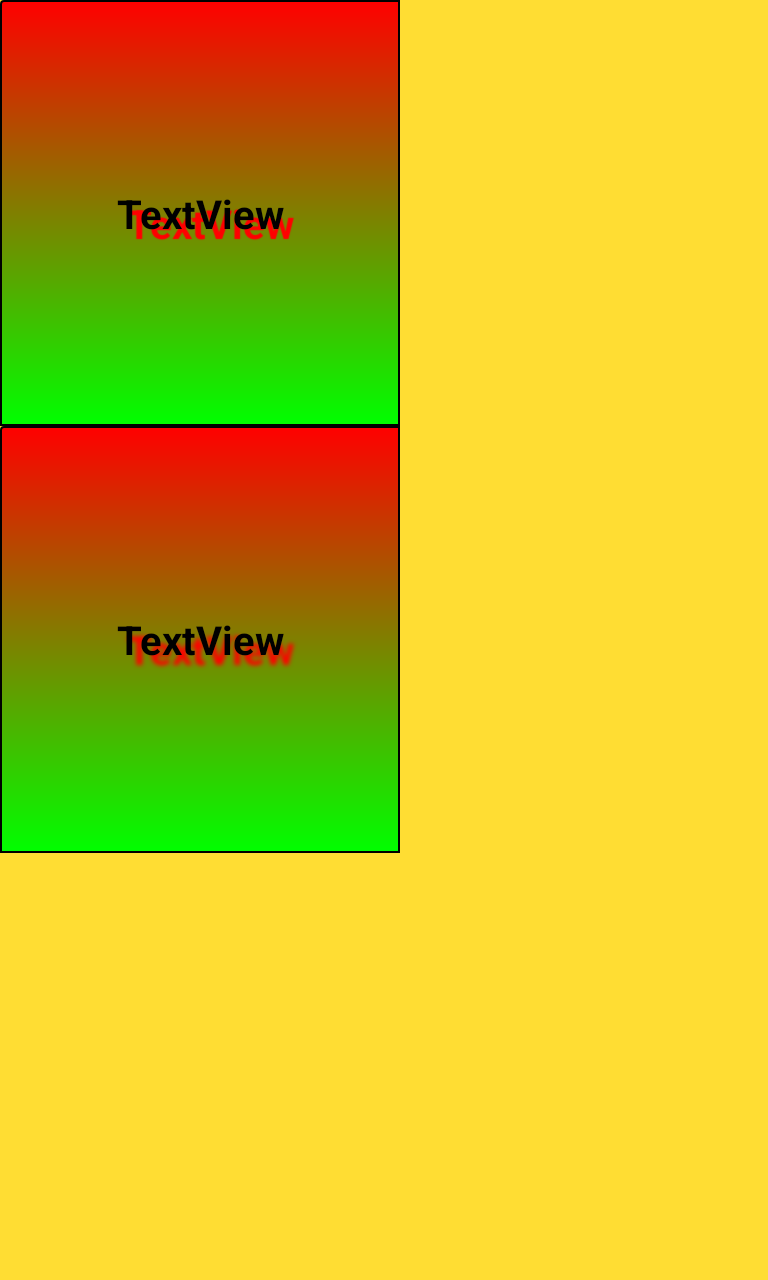
Repository: yhtaphp/yhtqgit
Layout: android/TextView/res/layout/activity_main.xml
An editor plug-in stored every save of this project. The layout is shown before and after the next save, followed by the edit.
It is drawn on a 768 x 1280 px phone screen (xhdpi) without system bars, with theme AppTheme; the app's code is not run.

Above is the layout before, as saved 2016-09-11 13:36:13.

After the next save:
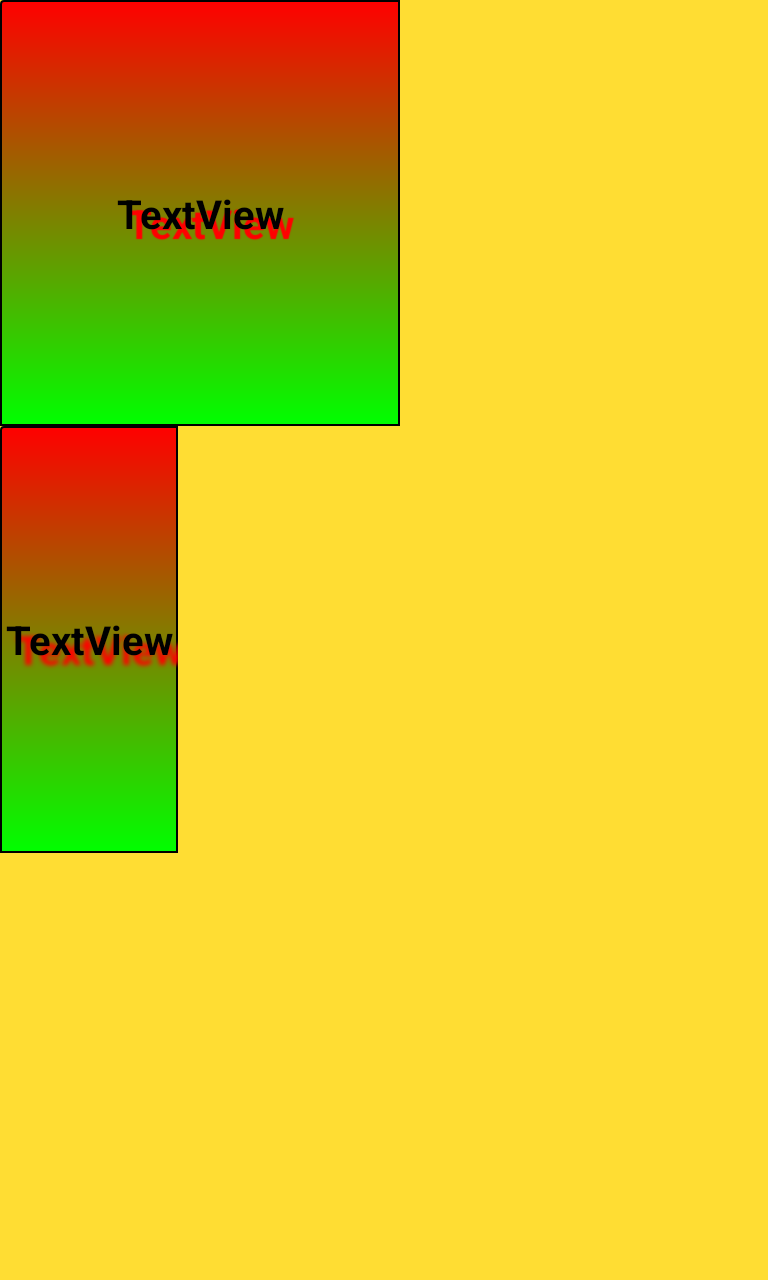
Saved 19 s later.
--- a/android/TextView/res/layout/activity_main.xml
+++ b/android/TextView/res/layout/activity_main.xml
@@ -23,7 +23,7 @@
         android:textSize="20sp"
         android:text="TextView" />
         <TextView
-        android:layout_width="200dp"
+        android:layout_width="wrap_content"
         android:layout_height="0dp"
         android:layout_weight="1"
         android:gravity="center"
